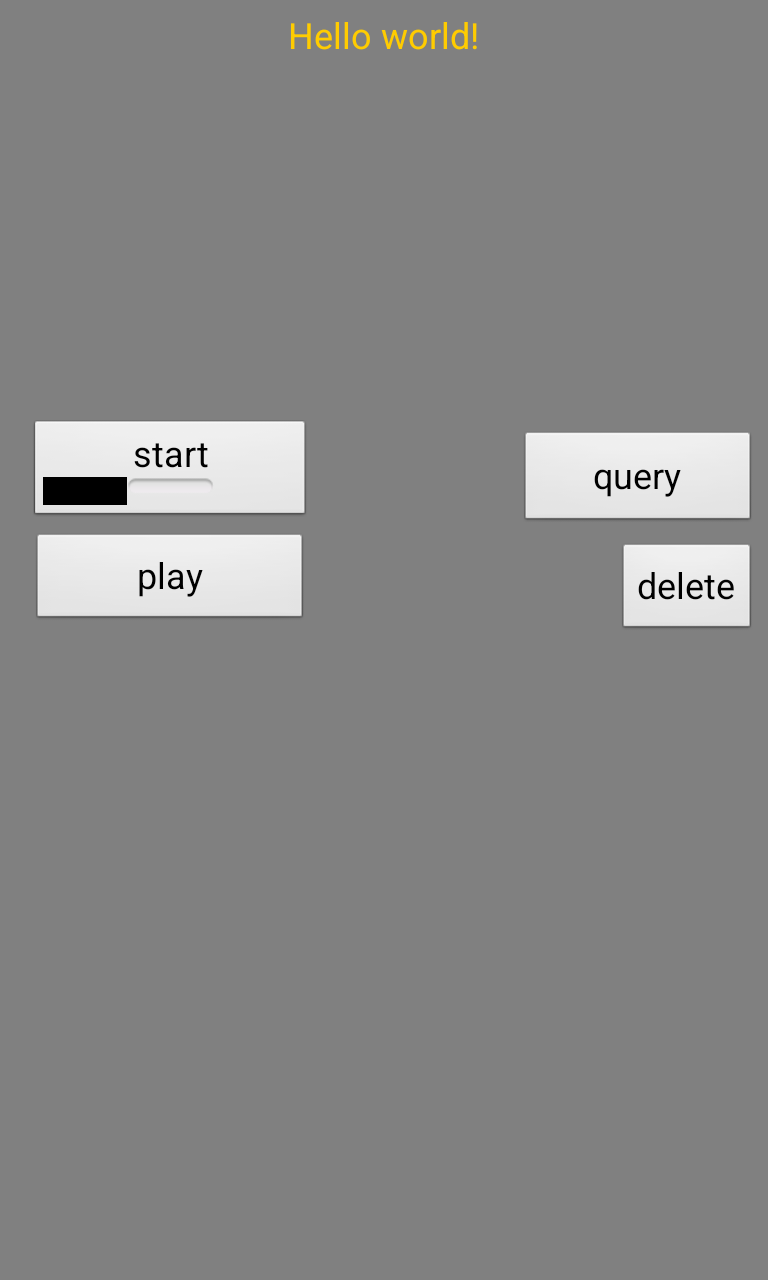
Repository: FreyrChen/tucan_Linux_practice
Layout: 4_Android_program/MusicIdentify/res/layout/activity_main.xml
The author's editor kept a copy of each file at every save. The layout is drawn from the files as they stood at one save, then again after the next save.
It is drawn on a 768 x 1280 px phone screen (xhdpi) without system bars, with theme AppTheme; the app's code is not run.

Above is the layout before, as saved 2013-05-30 08:59:23.

### 4_Android_program/MusicIdentify/res/layout/activity_main.xml
<RelativeLayout xmlns:android="http://schemas.android.com/apk/res/android"
    xmlns:tools="http://schemas.android.com/tools"
    android:layout_width="match_parent"
    android:layout_height="match_parent"
    android:padding="10px"
    android:background="#808080"
    tools:context=".MainActivity" >

    <TextView
        android:id="@+id/info_text"
        android:layout_width="wrap_content"
        android:layout_height="200dp"
        android:layout_centerHorizontal="true"
        android:textSize="18sp"
        android:text="@string/hello_world"
        android:background="#00FF0000"
	    android:textColor="#FFCC00"
    />

     <ToggleButton
		android:id="@+id/start_button"
		android:textOn="@string/stop"
		android:textOff="@string/start"
		android:textSize="18sp"
	 	android:layout_width="140dp"
	 	android:layout_height="wrap_content"
	    android:layout_alignParentLeft="true"
	    android:layout_marginTop="5dp"
	    android:layout_marginLeft="10dp"
	    android:layout_below="@+id/info_text"
 	/>

    <Button
	 	android:id="@+id/query_button"
	 	android:layout_width="120dp"
	 	android:layout_height="50dp"
	 	android:textSize="18sp"
	 	android:text="@string/query"
	    android:layout_marginTop="5dp"
	    android:layout_marginLeft="10dp"
	    android:layout_alignParentRight="true"
	    android:layout_alignTop="@+id/start_button"
 	/>

    <Button
	 	android:id="@+id/play_button"
		android:text="@string/play"
		android:textSize="18sp"
	 	android:layout_width="140dp"
	 	android:layout_height="wrap_content"
	    android:layout_alignParentLeft="true"
	    android:layout_marginTop="5dp"
	    android:layout_marginLeft="10dp"
	    android:layout_below="@+id/start_button"
 	/>


    <Button
	 	android:id="@+id/delete_button"
	 	android:layout_width="wrap_content"
	 	android:layout_height="wrap_content"
	 	android:textSize="18sp"
	 	android:text="@string/delete"
	    android:layout_marginTop="5dp"
	    android:layout_marginLeft="10dp"
	    android:layout_alignParentRight="true"
	    android:layout_alignTop="@+id/play_button"
 	/>





</RelativeLayout>

### 4_Android_program/MusicIdentify/res/values/strings.xml
<?xml version="1.0" encoding="utf-8"?>
<resources>

    <string name="app_name">MusicIdentify</string>
    <string name="hello_world">Hello world!</string>
    <string name="menu_settings">Settings</string>
    <string name="start">start</string>
    <string name="stop">stop</string>
    <string name="play">play</string>
    <string name="query">query</string>
    <string name="delete">delete</string>


</resources>

Loaded but not shown: 4_Android_program/MusicIdentify/res/values/styles.xml (common file)

After the next save:
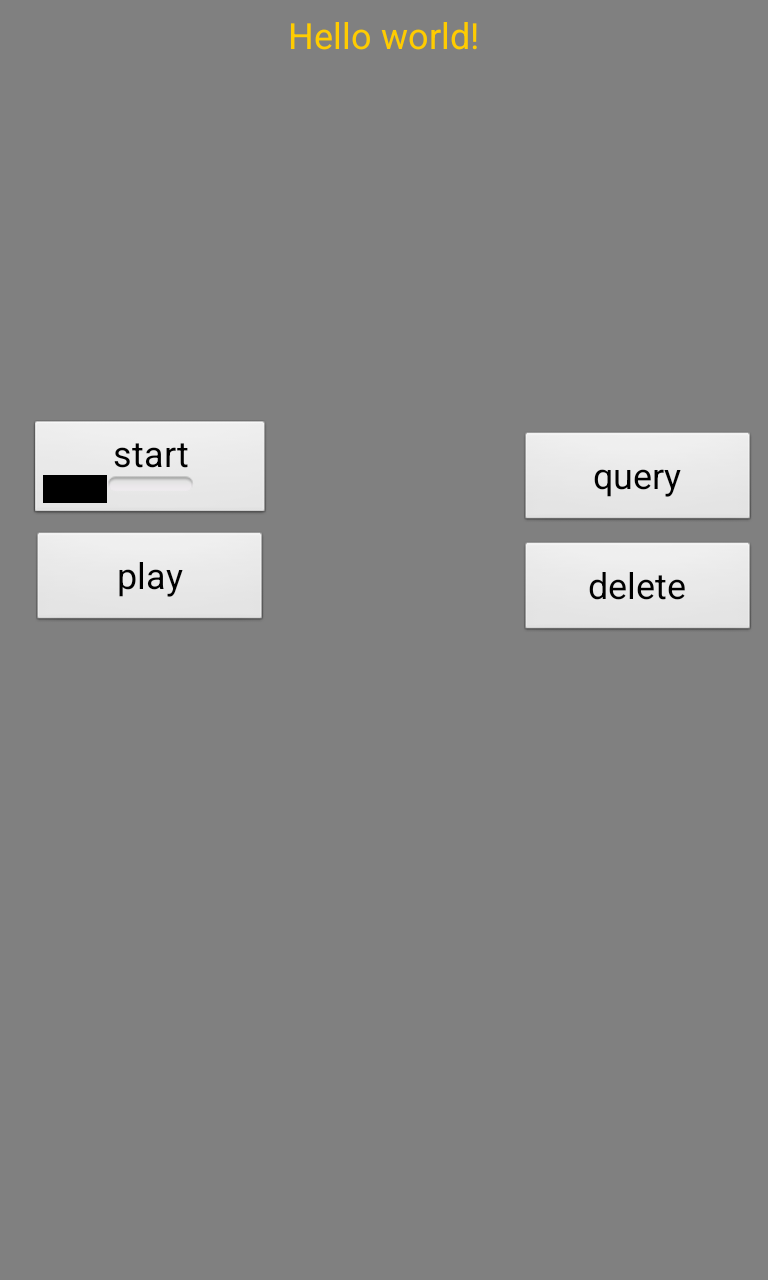
Saved 26 s later.
--- a/4_Android_program/MusicIdentify/res/layout/activity_main.xml
+++ b/4_Android_program/MusicIdentify/res/layout/activity_main.xml
@@ -22,8 +22,8 @@
 		android:textOn="@string/stop"
 		android:textOff="@string/start"
 		android:textSize="18sp"
-	 	android:layout_width="140dp"
-	 	android:layout_height="wrap_content"
+	 	android:layout_width="120dp"
+	 	android:layout_height="50dp"
 	    android:layout_alignParentLeft="true"
 	    android:layout_marginTop="5dp"
 	    android:layout_marginLeft="10dp"
@@ -46,8 +46,8 @@
 	 	android:id="@+id/play_button"
 		android:text="@string/play"
 		android:textSize="18sp"
-	 	android:layout_width="140dp"
-	 	android:layout_height="wrap_content"
+	 	android:layout_width="120dp"
+	 	android:layout_height="50dp"
 	    android:layout_alignParentLeft="true"
 	    android:layout_marginTop="5dp"
 	    android:layout_marginLeft="10dp"
@@ -57,8 +57,8 @@
 
     <Button
 	 	android:id="@+id/delete_button"
-	 	android:layout_width="wrap_content"
-	 	android:layout_height="wrap_content"
+	 	android:layout_width="120dp"
+	 	android:layout_height="50dp"
 	 	android:textSize="18sp"
 	 	android:text="@string/delete"
 	    android:layout_marginTop="5dp"
